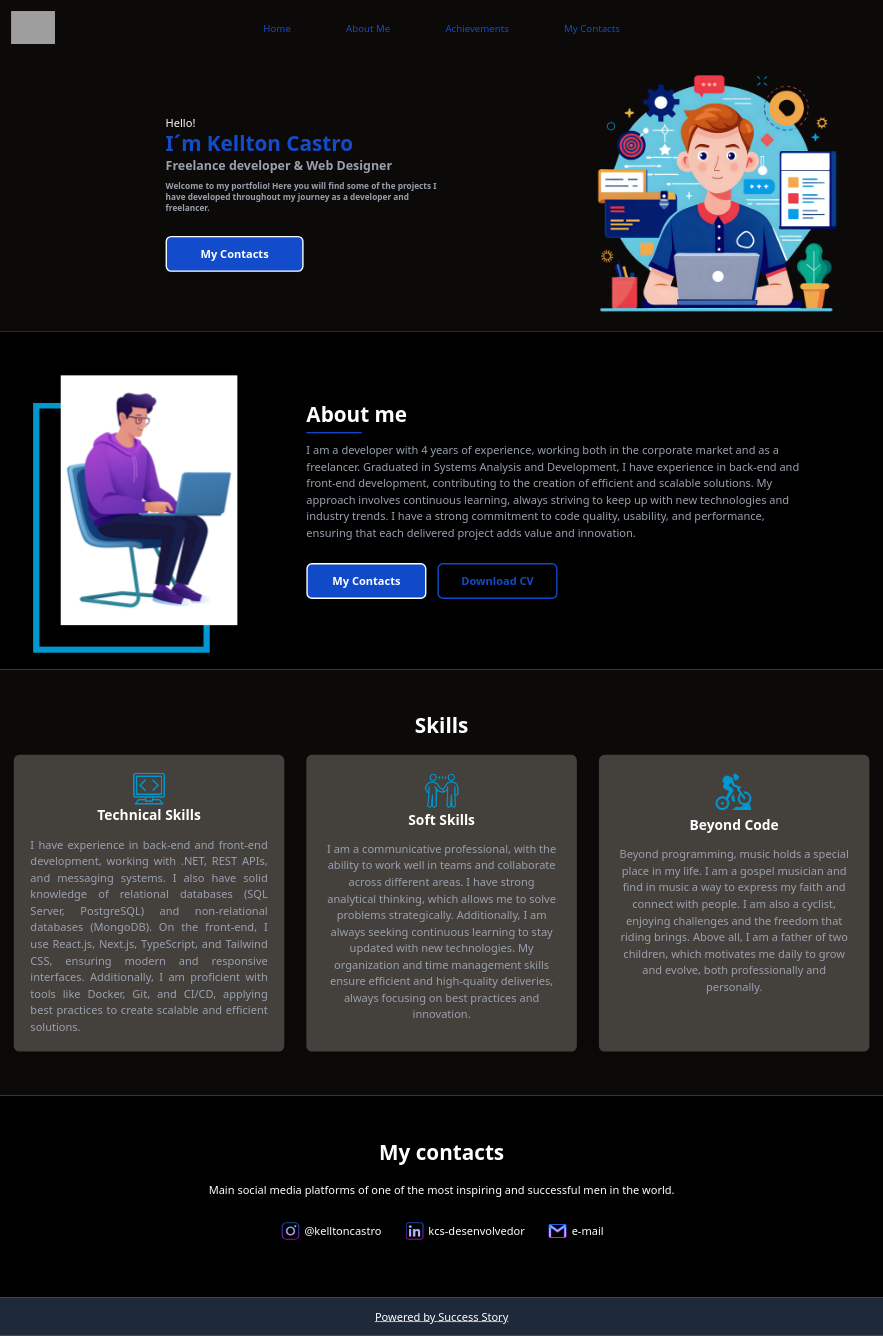
Repository: kcsdesenvolvedor/portfolio
Page: src/index.html
The author's editor kept a copy of each file at every save. The page is drawn from the files as they stood at one save, then again after the next save.
The browser window is 1280 px wide. The pictures show the whole page, at 69% of full size.
Pictures or frames that could not be fetched are drawn as grey boxes.

Above is the page before, as saved 2025-02-21 21:19:21.
Console error: TypeError: Cannot read properties of null (reading 'textContent')

After the next save:
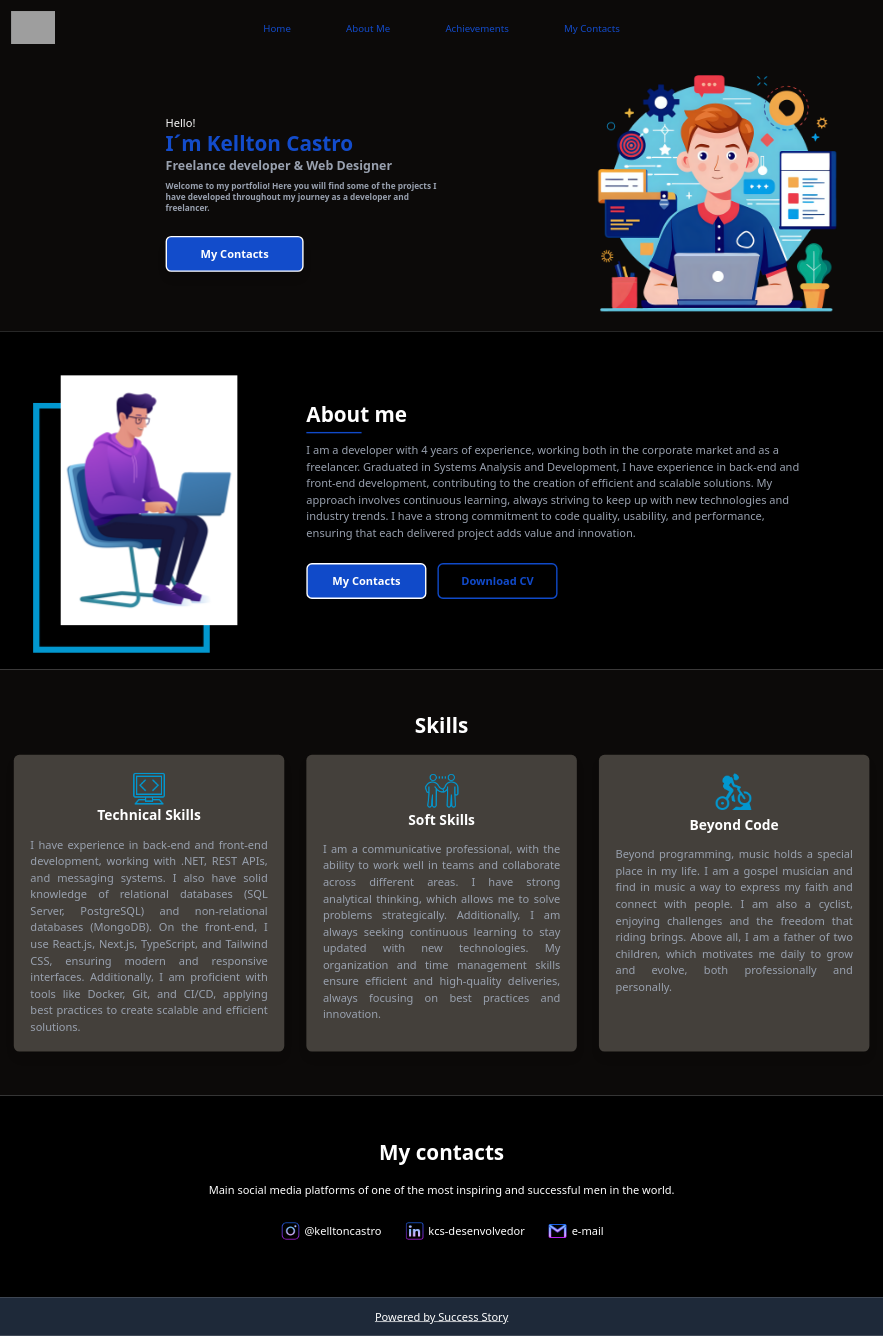
Saved 19 s later.
--- a/src/index.html
+++ b/src/index.html
@@ -186,12 +186,12 @@
                 <div class="flex flex-col items-center bg-stone-700 p-6 rounded-lg shadow-lg transition delay-150 duration-300 transform hover:scale-105 hover:shadow-xl">
                     <img src="./img/soft-skills.png" class="h-14" alt="image soft skills">
                     <h4 class="text-xl text-white font-bold mb-4">Soft Skills</h4>
-                    <p class="text-gray-400">I am a communicative professional, with the ability to work well in teams and collaborate across different areas. I have strong analytical thinking, which allows me to solve problems strategically. Additionally, I am always seeking continuous learning to stay updated with new technologies. My organization and time management skills ensure efficient and high-quality deliveries, always focusing on best practices and innovation.</p>
+                    <p class="text-gray-400 text-justify">I am a communicative professional, with the ability to work well in teams and collaborate across different areas. I have strong analytical thinking, which allows me to solve problems strategically. Additionally, I am always seeking continuous learning to stay updated with new technologies. My organization and time management skills ensure efficient and high-quality deliveries, always focusing on best practices and innovation.</p>
                 </div>
                 <div class="flex flex-col items-center bg-stone-700 p-6 rounded-lg shadow-lg transition delay-150 duration-300 transform hover:scale-105 hover:shadow-xl">
                     <img src="./img/beyond-code.png" alt="imagem de beyond code">
                     <h4 class="text-xl text-white font-bold mb-4">Beyond Code</h4>
-                    <p class="text-gray-400">Beyond programming, music holds a special place in my life. I am a gospel musician and find in music a way to express my faith and connect with people. I am also a cyclist, enjoying challenges and the freedom that riding brings. Above all, I am a father of two children, which motivates me daily to grow and evolve, both professionally and personally.</p>
+                    <p class="text-gray-400 text-justify">Beyond programming, music holds a special place in my life. I am a gospel musician and find in music a way to express my faith and connect with people. I am also a cyclist, enjoying challenges and the freedom that riding brings. Above all, I am a father of two children, which motivates me daily to grow and evolve, both professionally and personally.</p>
                 </div>
             </div>
         </div>
